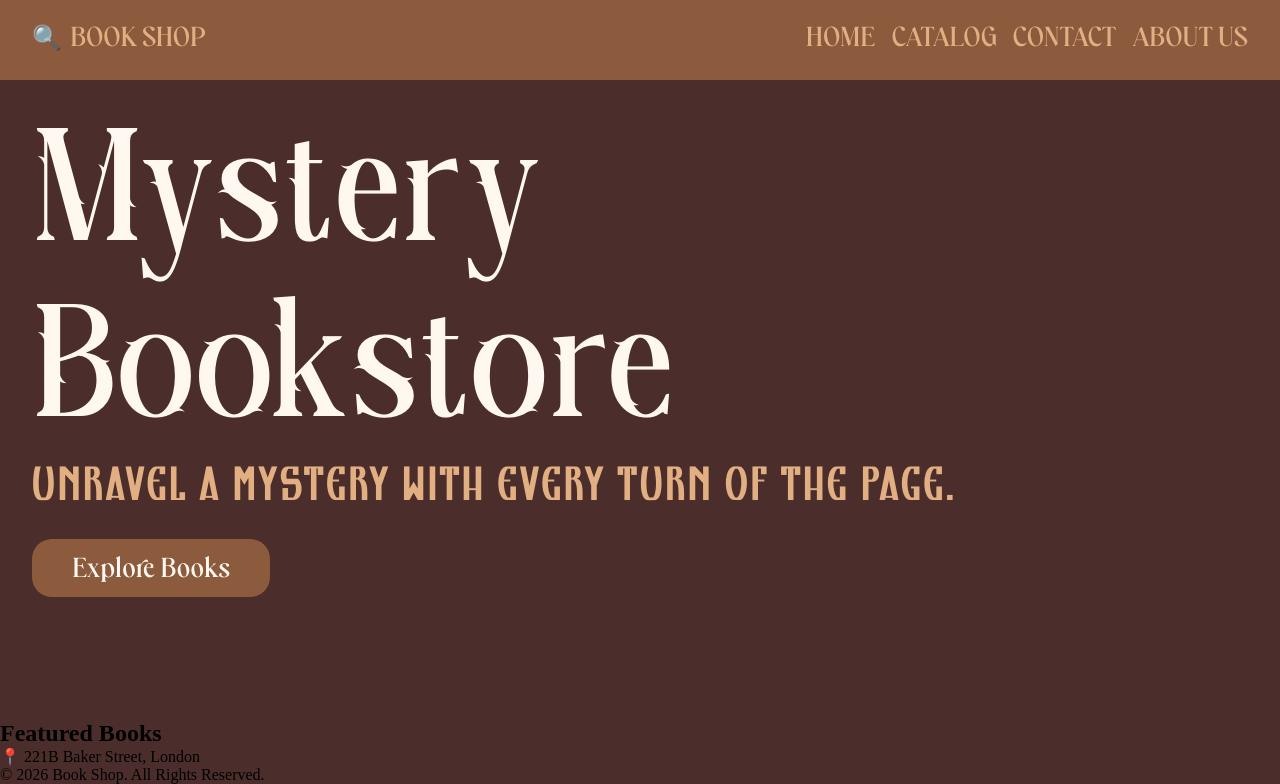
Repository: Nicholas0103/Book_Shop
Page: index.html
The author's editor kept a copy of each file at every save. The page is drawn from the files as they stood at one save, then again after the next save.
The browser window is 1280 px wide. The pictures show the whole page.

Above is the page before, as saved 2026-07-18 14:11:03.

After the next save:
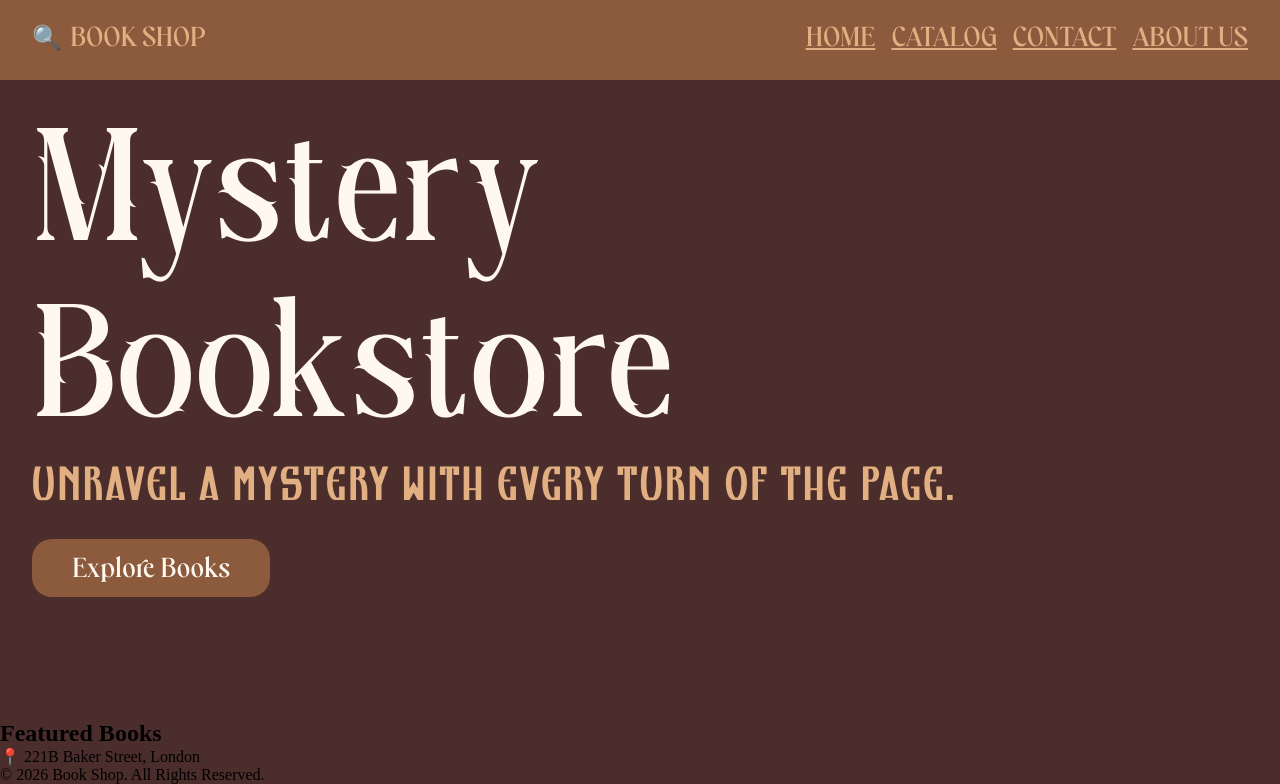
Saved 14 s later.
--- a/style.css
+++ b/style.css
@@ -89,7 +89,6 @@
 }
 
 .top-bar a {
-    text-decoration: none;
     color: var(--text-color);
     text-transform: uppercase;
     font-family: Aulieny;

After the save that followed:
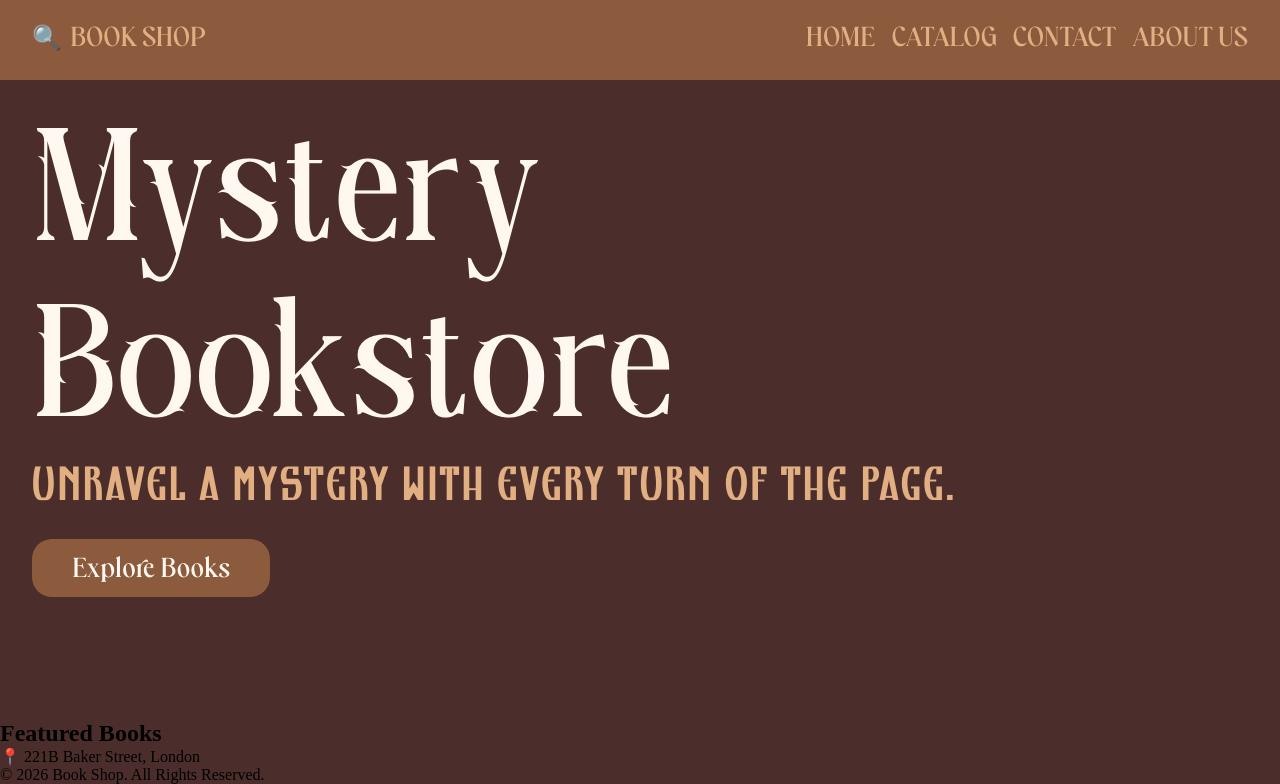
Saved 4 s later.
--- a/style.css
+++ b/style.css
@@ -89,6 +89,7 @@
 }
 
 .top-bar a {
+    text-decoration: none;
     color: var(--text-color);
     text-transform: uppercase;
     font-family: Aulieny;
